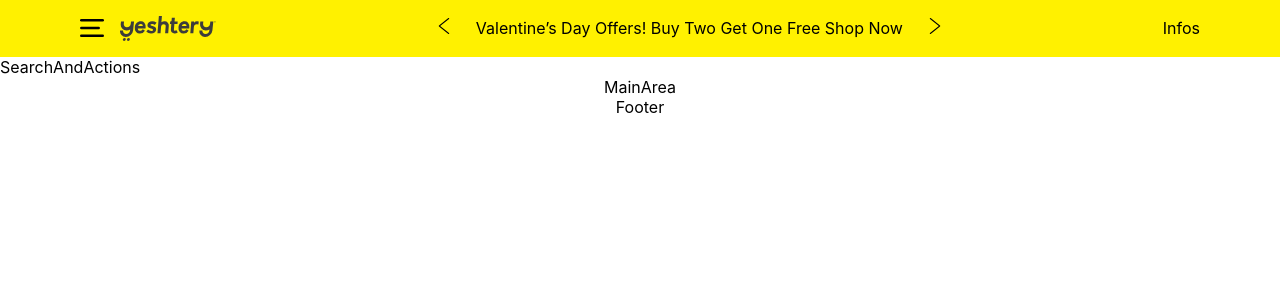
Repository: ahmed-mohamed-eng/Yeshtery-One-Page-Project
Page: /
These files come from the project's save history. The page is drawn as it stood at one moment and after the next save; the edit follows.
The browser window is 1280 px wide. The pictures show the whole page.
The project was rebuilt for these pictures with package versions that can differ from the ones it lists, and the page was loaded fresh each time.

Above is the page before, as saved 2022-12-07 16:44:01.

After the next save:
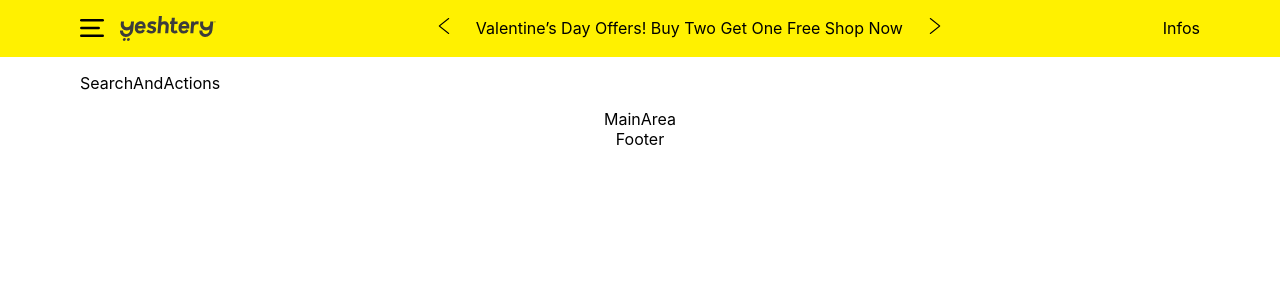
Saved 34 s later.
--- a/src/components/Header/SearchAndActions/SearchAndActions.module.css
+++ b/src/components/Header/SearchAndActions/SearchAndActions.module.css
@@ -1,5 +1,7 @@
 .search_and_actions {
   width: 100%;
+
+  padding: 1rem 5rem;
 
   display: flex;
   align-items: center;
